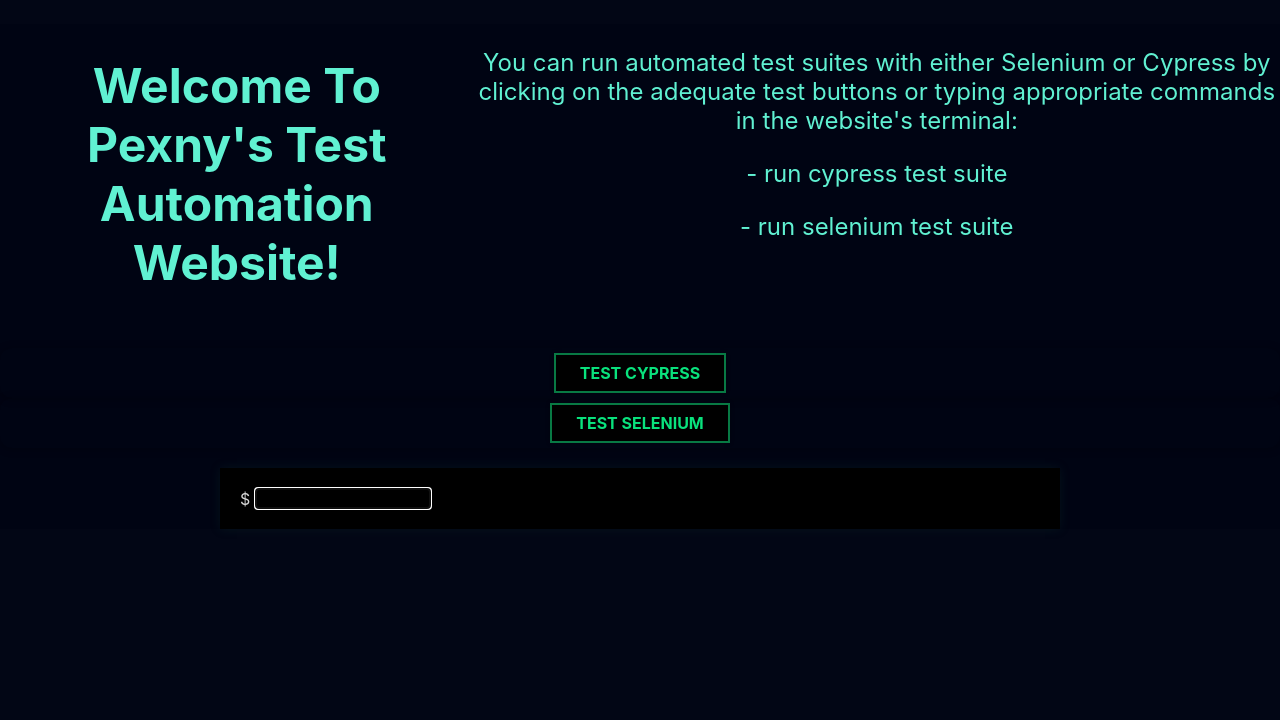
Repository: p3xny/Test-Automation-Website
Page: / (app in client/)
The author's editor kept a copy of each file at every save. The page is drawn from the files as they stood at one save, then again after the next save.
The browser window is 1280 px wide. The pictures show the whole page.
The project was rebuilt for these pictures with package versions that can differ from the ones it lists, and the page was loaded fresh each time. Also part of the build but not shown: client/src/components/UI/TestMenu.js.

Above is the page before, as saved 2023-08-23 22:42:22.

### client/src/index.css
body {
  margin: 0;
  font-family: -apple-system, BlinkMacSystemFont, "Segoe UI", "Roboto", "Oxygen",
    "Ubuntu", "Cantarell", "Fira Sans", "Droid Sans", "Helvetica Neue",
    sans-serif;
  -webkit-font-smoothing: antialiased;
  -moz-osx-font-smoothing: grayscale;
  background-color: rgba(0, 5, 20, 0.993);
}

code {
  font-family: source-code-pro, Menlo, Monaco, Consolas, "Courier New",
    monospace;
}

### client/src/App.js
import React from "react";

import "./App.css";

import WelcomeMessage from "./components/UI/WelcomeMessage";
import Tests from "./components/Tests";
import Terminal from "./components/Terminal/Terminal";

function App() {
  return (
    <div className="App">
      <header className="App-header">
        <WelcomeMessage />
      </header>
      <Tests testTool="cypress" buttonId="cypress-menu" />
      <Tests testTool="selenium" buttonId="selenium-menu" />
      <Terminal />
    </div>
  );
}

export default App;

### client/src/App.css
.App {
  text-align: center;
  background: rgba(0, 5, 20, 0.993);
}

.App-logo {
  height: 40vmin;
  pointer-events: none;
}

@media (prefers-reduced-motion: no-preference) {
  .App-logo {
    animation: App-logo-spin infinite 20s linear;
  }
}

.App-header {
  /* background-color: rgba(0, 5, 20, 0.993); */
  /* min-height: 100vh; */
  /* display: flex; */
  /* flex-direction: column; */
  /* align-items: center; */
  /* justify-content: center; */
  font-size: calc(10px + 2vmin);
  color: white;
}

.App-link {
  color: #61dafb;
}

@keyframes App-logo-spin {
  from {
    transform: rotate(0deg);
  }
  to {
    transform: rotate(360deg);
  }
}

### client/src/components/UI/WelcomeMessage.js
import React from "react";

import styles from "./WelcomeMessage.module.css";

const WelcomeMessage = (props) => {
  return (
    <div className={styles.WelcomeMessage}>
      <h1>Welcome To Pexny's Test Automation Website!</h1>
      <p>
        You can run automated test suites with either Selenium or Cypress by
        clicking on the adequate test buttons or typing appropriate commands in
        the website's terminal:
        <p>- run cypress test suite</p>
        <p>- run selenium test suite</p>
      </p>
    </div>
  );
};

export default WelcomeMessage;

// const describeOriginal = require("mocha").describe;

// require("mocha").describe = (describeTitle) => {
//   TestListener.watch(describeTitle);
//   describeOriginal(describeTitle);
// };

### client/src/components/Tests.js
import React, { useState, useEffect } from "react";

import styles from "./UI/Button.module.css";

import TestMenu from "./UI/TestMenu";
import Button from "./UI/Button";
import Card from "./UI/Card";

const testCases = [
  {
    cypress: [
      { id: 1, name: "Cypress Full Test", command: "" },
      { id: 2, name: "Cypress Buttons Test", command: "" },
      { id: 3, name: "Cypress Terminal Test", command: "" },
    ],
    selenium: [
      { id: 1, name: "Selenium Full Test", command: "pytest -v" },
      {
        id: 2,
        name: "Selenium Buttons Test",
        command: "pytest -v test_client_buttons.py",
      },
      {
        id: 3,
        name: "Selenium Terminal Test",
        command: "pytest -v test_client_terminal.py",
      },
    ],
  },
];

const Tests = (props) => {
  const [isActive, setIsActive] = useState(false);

  const makeActiveHandler = (event) => {
    setIsActive(true);
    console.log("Activated!");
  };

  const makeInactiveHandler = (event) => {
    setIsActive(false);
  };

  const filterButtons = testCases.find((test) =>
    test.hasOwnProperty(props.testTool)
  );

  return (
    <div>
      {!isActive && (
        <Card>
          <Button
            name={`TEST ${props.testTool.toUpperCase()}`}
            id={`test-button-${props.buttonId}`}
            testFamily={props.testTool}
            onActivate={makeActiveHandler}
          />
        </Card>
      )}
      {isActive && (
        <Card>
          <TestMenu tests={filterButtons[props.testTool]} testTool="cypress" />
          <button
            className={styles.button}
            id={"back-button"}
            onClick={makeInactiveHandler}
          >
            BACK
          </button>
        </Card>
      )}
    </div>
  );
};

export default Tests;

### client/src/components/Terminal/Terminal.js
import React, { useState } from "react";

import styles from "./Terminal.module.css";

import Card from "../UI/Card";

const Terminal = (props) => {
  const [terminalInput, setTerminalInput] = useState("");
  const [terminalOutput, setTerminalOutput] = useState([]);

  const terminalInputHandler = (event) => {
    setTerminalInput(event.target.value);
    console.log(event.target.value);
  };

  const submitHandler = (event) => {
    event.preventDefault();
    writeToTerminal(`$ ${terminalInput}\n`);
    processCommand(terminalInput);
    setTerminalInput("");
  };

  const writeToTerminal = (message) => {
    setTerminalOutput((prevOutput) => [...prevOutput, message]);
  };

  const processCommand = async (command) => {
    try {
      const response = await fetch("http://localhost:5000/run_tests", {
        method: "POST",
        headers: {
          "Content-Type": "application/json",
        },
        body: JSON.stringify({ command }),
      });

      if (command === "clear" || command === "cls") {
        setTerminalOutput([]);
        return;
      }

      const data = await response.json();

      if (data.success) {
        writeToTerminal(data.output);
      } else {
        writeToTerminal(`Error: ${data.error}\n`);
      }
    } catch (error) {
      writeToTerminal(`Error: ${error}\n`);
    }
  };

  const highlightWords = (message) => {
    const greenWords = [
      "success",
      "Success",
      "SUCCESS",
      "passed",
      "Passed",
      "PASSED",
    ];
    const redWords = [
      // "error",
      // "Error",
      // "ERROR",
      "failed",
      "Failed",
      "FAILED",
      "FAILURES",
    ];
    const parts = message.split(
      new RegExp(`(${greenWords.concat(redWords).join("|")})`, "g")
    );

    return parts.map((part, index) => {
      if (greenWords.includes(part.toLowerCase())) {
        return (
          <span className={styles["highlighted-green"]} key={index}>
            {part}
          </span>
        );
      } else if (redWords.includes(part.toLowerCase())) {
        return (
          <span className={styles["highlighted-red"]} key={index}>
            {part}
          </span>
        );
      }
      return part;
    });
  };

  return (
    <div className={styles.terminal}>
      <div id="output">
        {terminalOutput.map((message, index) => (
          <pre key={index} className={styles.outputContent}>
            {highlightWords(message)}
          </pre>
        ))}
      </div>
      <form id="input-form" onSubmit={submitHandler}>
        <span>$</span>
        <input
          className={styles.input}
          type="text"
          id="command-input"
          value={terminalInput}
          onChange={terminalInputHandler}
          autoFocus
        />
      </form>
    </div>
  );
};

export default Terminal;

### client/src/components/UI/WelcomeMessage.module.css
.WelcomeMessage {
  color: rgb(96, 241, 210);
  font-size: 1.5rem;
  /* font-weight: bold; */
  text-align: center;
  margin: 1.5rem 0;
  display: flex;
}

### client/src/components/UI/Button.module.css
.button {
  width: 100%;
  font: inherit;
  font-weight: bold;
  padding: 0.5rem 1.5rem;
  border: 2px solid rgb(8, 121, 68);
  color: rgb(9, 226, 125);
  background: black;
  box-shadow: 0 0 4px rgba(0, 0, 0, 0.26);
  cursor: pointer;
  margin: 5px;
}

.button:focus {
  outline: none;
}

.button:hover,
.button:active {
  background: rgb(8, 121, 68);
  border-color: rgb(9, 226, 125);
  color: black;
  box-shadow: 0 0 8px rgba(0, 0, 0, 0.26);
}

@media (min-width: 768px) {
  .button {
    width: auto;
  }
}

### client/src/components/UI/Button.js
import styles from "./Button.module.css";

const Button = (props) => {
  return (
    <button id={props.id} className={styles.button} onClick={props.onActivate}>
      {props.name}
    </button>
  );
};

export default Button;

### client/src/components/UI/Card.js
import styles from "./Card.module.css";

const Card = (props) => {
  const classes = styles.card + " " + props.className;
  return <div className={classes}>{props.children}</div>;
};

export default Card;

### client/src/components/Terminal/Terminal.module.css
.terminal {
  margin-top: 20px;
  margin-bottom: 20px;
  margin-left: auto;
  margin-right: auto;

  /* border: 1px solid rgb(8, 121, 68); */
  padding: 20px;
  width: 80%;
  max-width: 800px;
  max-height: 420px;
  background-color: black;
  overflow-y: auto;
  overflow-x: auto;
  box-shadow: 0 0 10px rgba(23, 78, 62, 0.2);
  overflow-wrap: break-word;
}

#output {
  white-space: pre-wrap;
}

.outputContent {
  font-family: monospace;
  overflow-wrap: break-word;
  color: rgba(255, 255, 255, 0.842);
}

.highlighted-green {
  font-family: monospace;
  font-weight: bold;
  color: rgb(12, 145, 12);
}

.highlighted-red {
  font-family: monospace;
  font-weight: bold;
  color: rgb(158, 2, 2);
}

.input {
  background-color: transparent;
  /* border: none; */
  color: rgba(255, 255, 255, 0.842);
  font-family: monospace;
  caret-color: rgba(255, 255, 255, 0.842);
  margin: 0 5px;
}

form {
  display: flex;
  align-items: center;
}

span {
  color: rgba(255, 255, 255, 0.842);
  font-size: 1rem;
}

@media (min-width: 800px) {
  .terminal {
    width: 80%;
  }
}

@media (min-height: 420px) {
  .terminal {
    height: 100%;
  }
}

Loaded but not shown: client/public/index.html (common file); client/src/index.js (common file); client/src/reportWebVitals.js (common file); client/src/components/UI/Card.module.css (common file)

After the next save:
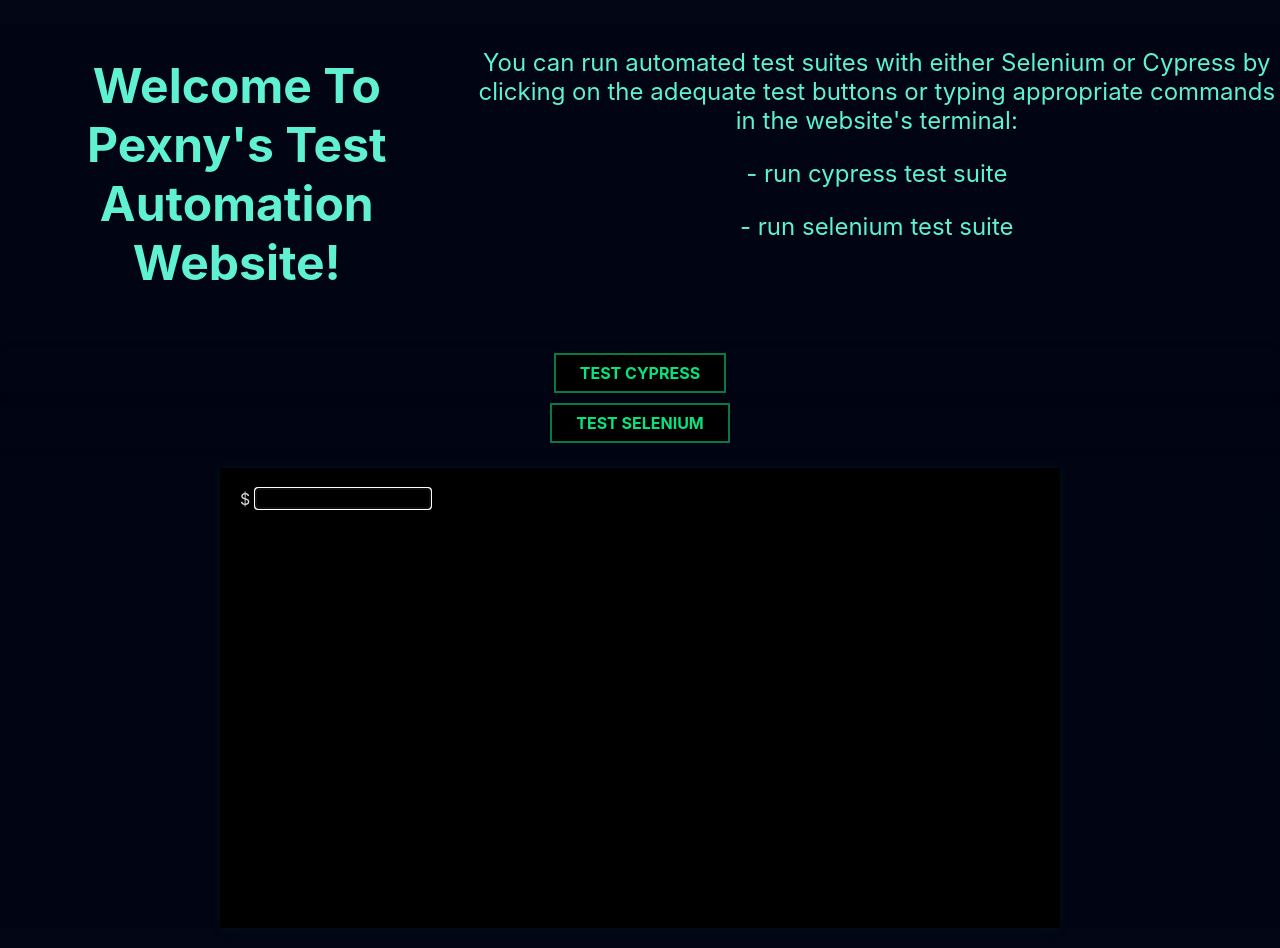
Saved 52 s later.
--- a/client/src/components/Terminal/Terminal.module.css
+++ b/client/src/components/Terminal/Terminal.module.css
@@ -8,6 +8,7 @@
   padding: 20px;
   width: 80%;
   max-width: 800px;
+  min-height: 420px;
   max-height: 420px;
   background-color: black;
   overflow-y: auto;
